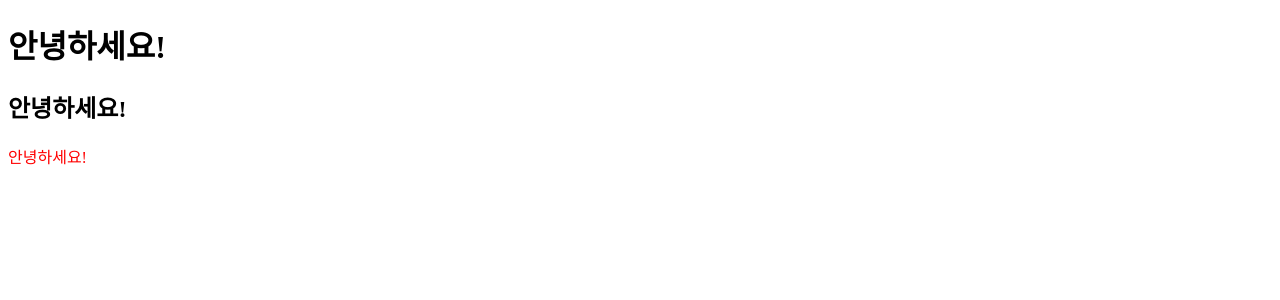
Repository: carminesteel/java
Page: 0403/ex03/WebContent/ex01.html
An editor plug-in stored every save of this project. The page is shown before and after the next save, followed by the edit.
The browser window is 1280 px wide. The pictures show the whole page.

Above is the page before, as saved 2020-04-03 07:38:27.

After the next save:
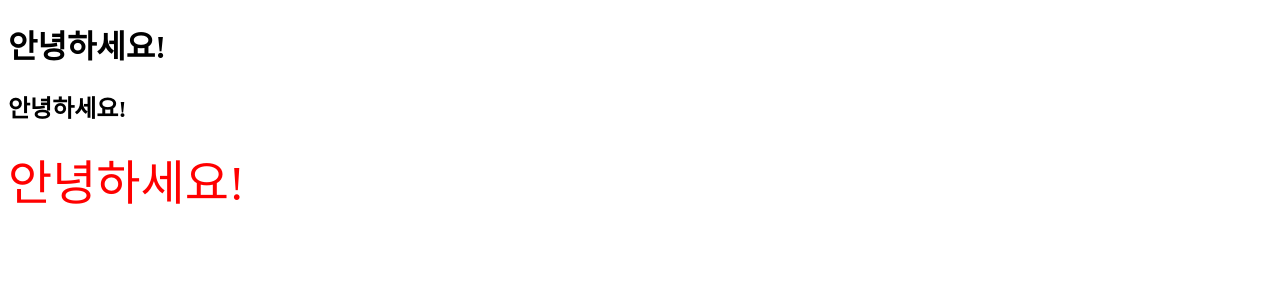
Saved 20 s later.
--- a/0403/ex03/WebContent/ex01.html
+++ b/0403/ex03/WebContent/ex01.html
@@ -7,6 +7,6 @@
 <body>
 	<h1>안녕하세요!</h1>
 	<h2>안녕하세요!</h2>
-	<font color="red">안녕하세요!</font>
+	<font color="red" size=30>안녕하세요!</font>
 </body>
 </html>
